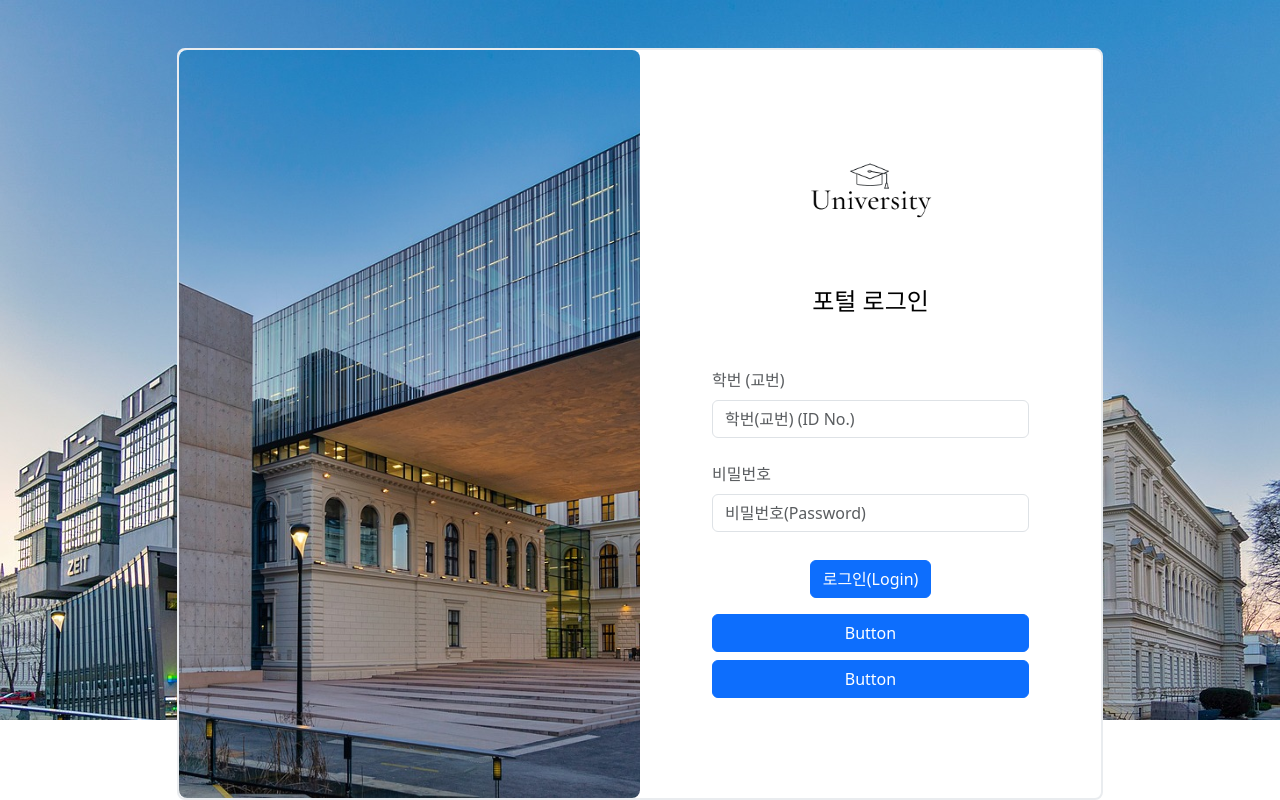
Repository: invisibleufo101/StudentManagementWeb
Page: HSW_Web/src/main/webapp/login.html
These files come from the project's save history. The page is drawn as it stood at one moment and after the next save; the edit follows.
The browser window is 1280 px wide. The pictures show the whole page.

Above is the page before, as saved 2024-09-19 01:33:51.

After the next save:
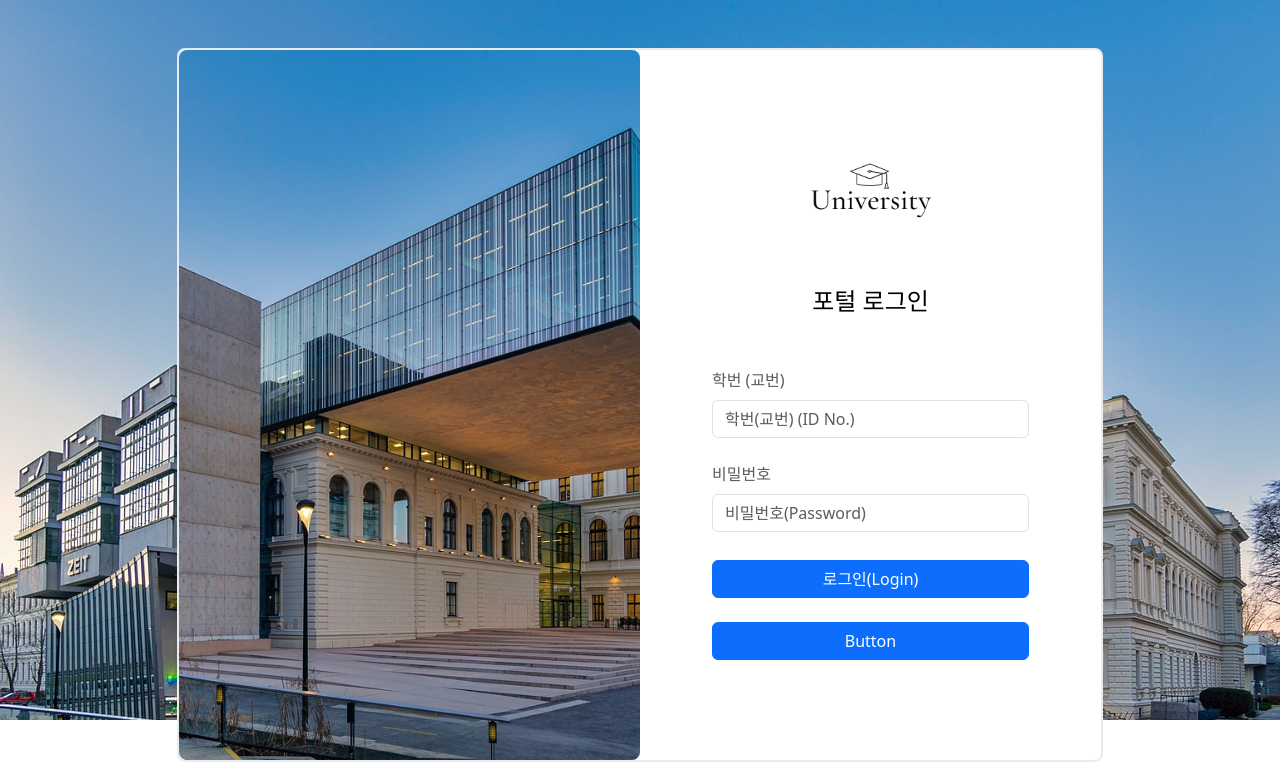
Saved 35 s later.
--- a/HSW_Web/src/main/webapp/login.html
+++ b/HSW_Web/src/main/webapp/login.html
@@ -38,13 +38,8 @@
 										</div>
 
 										<div class="text-center pt-1 mb-5 pb-1">
-											<button data-mdb-button-init data-mdb-ripple-init
-												class="btn btn-primary fa-lg gradient-custom-2 mb-3"
-												type="button">
-												로그인(Login)
-											</button>
 											<div class="d-grid gap-2">
-											 	<button class="btn btn-primary" type="button">Button</button>
+											 	<button data-mdb-button-init data-mdb-ripple-init class="btn btn-primary fa-lg gradient-custom-2 mb-3" type="button">로그인(Login)</button>
 											  	<button class="btn btn-primary" type="button">Button</button>
 											</div>
 										</div>
